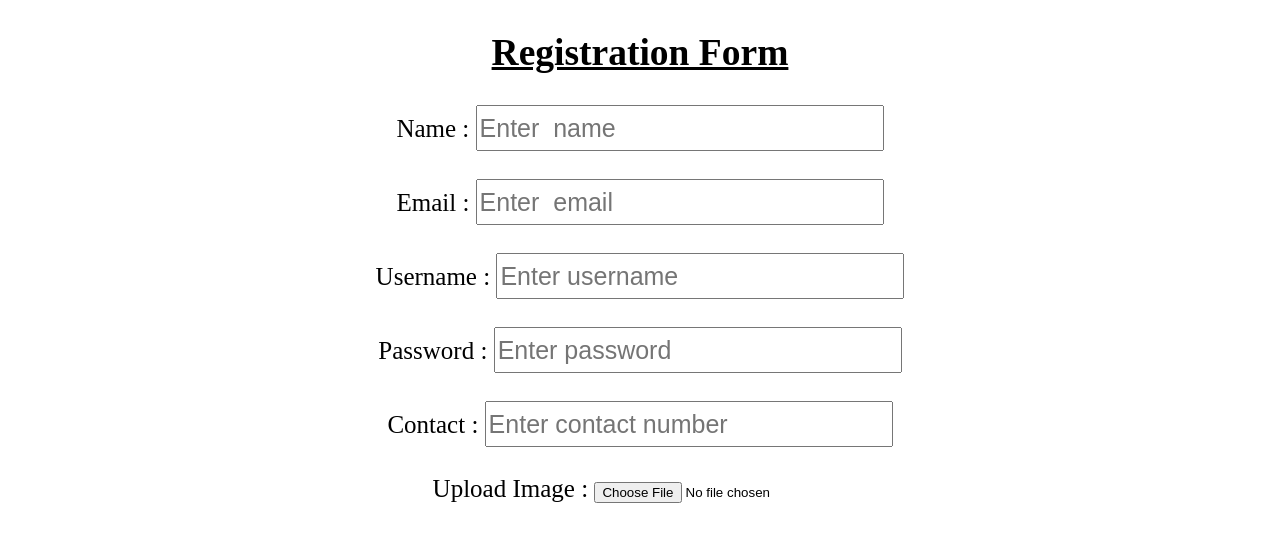
Repository: umeshkumarchamp/SpringMVC
Page: http://localhost/webapp/WEB-INF/views/home.jsp
These files come from the project's save history. The page is drawn as it stood at one moment and after the next save; the edit follows.
The browser window is 1280 px wide. The pictures show the whole page.
The page is served by Tomcat 9. Nobody is signed in. Other server files are loaded and not shown. The template is opened directly, without the code that normally fills it, so the values that code supplies are empty.

Above is the page before, as saved 2023-11-23 05:57:54.

### webapp/src/main/webapp/WEB-INF/views/home.jsp
<%@page contentType="text/html" pageEncoding="UTF-8"%>
<!DOCTYPE HTML PUBLIC "-//W3C//DTD HTML 4.01 Transitional//EN"
   "http://www.w3.org/TR/html4/loose.dtd">

<html>
<head>
<meta http-equiv="Content-Type" content="text/html; charset=UTF-8">
<title>Home</title>
</head>
<body style="font-size: 25px;">
	<form style="text-align: center">
		<h2>
			<u>Registration Form</u>
		</h2>
		<label>Name : </label> <input type="text" name="name" value=""
			style="font-size: 25px; width: 400px; height: 40px;"
			placeholder="Enter  name " /><br>
		<br> <label>Email : </label> <input type="email" name="email"
			value="" style="font-size: 25px; width: 400px; height: 40px;"
			placeholder="Enter  email" /><br>
		<br> <label>Username : </label> <input type="text"
			name="username" value=""
			style="font-size: 25px; width: 400px; height: 40px;"
			placeholder="Enter username " /><br>
		<br> <label>Password : </label> <input type="password"
			name="password" value=""
			style="font-size: 25px; width: 400px; height: 40px;"
			placeholder="Enter password " /><br>
		<br> <label>Contact : </label> <input type="number"
			name="contact" value=""
			style="font-size: 25px; width: 400px; height: 40px;"
			placeholder="Enter contact number " /><br>
		<br> <label>Upload Image : </label>
		<input type="file"/><br>
		<br>

	</form>
</body>
</html>

After the next save:
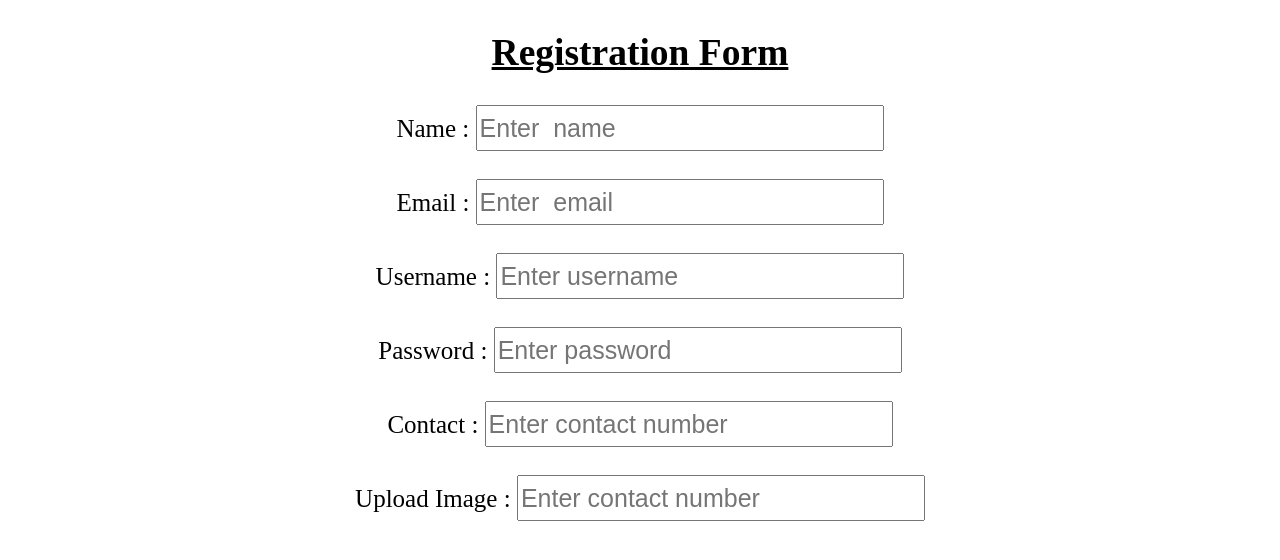
Saved 11 s later.
--- a/webapp/src/main/webapp/WEB-INF/views/home.jsp
+++ b/webapp/src/main/webapp/WEB-INF/views/home.jsp
@@ -30,8 +30,10 @@
 			name="contact" value=""
 			style="font-size: 25px; width: 400px; height: 40px;"
 			placeholder="Enter contact number " /><br>
-		<br> <label>Upload Image : </label>
-		<input type="file"/><br>
+		<br> <label>Upload Image : </label> <input type="fiile"
+			name="contact" value=""
+			style="font-size: 25px; width: 400px; height: 40px;"
+			placeholder="Enter contact number " /><br>
 		<br>
 
 	</form>
